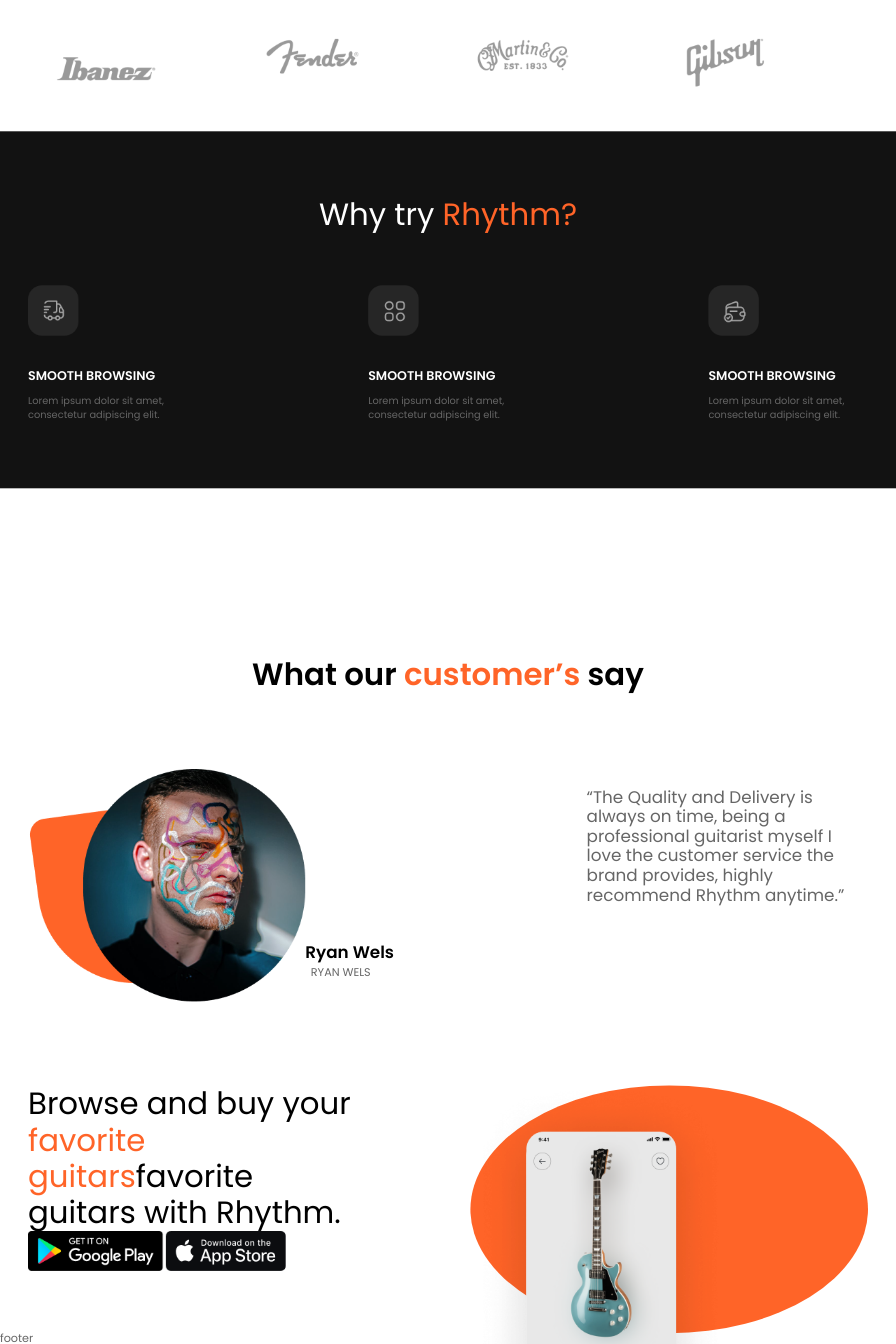
Repository: MorgunovaAlexandra/verstka-gitare-store
Page: index.html
The author's editor kept a copy of each file at every save. The page is drawn from the files as they stood at one save, then again after a run of saves.
The browser window is 1280 px wide. The pictures show the part of the page from y = 2622 to 4542 px (the page is 4542 px tall), at 70% of full size.

Above is the page before, as saved 2022-06-11 20:02:48.

### index.html
<!DOCTYPE html>
<html lang="en">
<head>
    <meta charset="UTF-8">
    <meta http-equiv="X-UA-Compatible" content="IE=edge">
    <meta name="viewport" content="width=device-width, initial-scale=1.0">
    <link rel="stylesheet" href="./style.css">
    <title>Document</title>
</head>
<body>
    <div class="wrapper">
        <header class="header">
            <div class="header__container _container">
                <a href="" class="header__logo">
                    <img src="./img/logo.svg" alt="">
                </a>
                <nav class="header__menu menu">
                    <ul class="menu__list">
                        <li class="menu__item">
                            <a href="" class="menu__link">Store</a>
                        </li>
                        <li class="menu__item">
                            <a href="" class="menu__link">Collections</a>
                        </li>
                        <li class="menu__item">
                            <a href="" class="menu__link">Support</a>
                        </li>
                    </ul>
                </nav>
            </div>
        </header>
        <main class="page">
            <section class="page__main main">
                <div class="main__container _container">
                    <div class="main__content">
                        <h1 class="main__title">Browse top quality <span>Guitars</span> online</h1>
                        <p class="main__text">Explore 50k+ latest collections of branded guitars online with Rhythm.</p>
                        <div class="main_actions actions-main">
                            <a href="" class="actions-main__button">Get the App</a>
                            <div class="actions-main__icon"><img src="./img/Group.png" alt="playMarket"></div>
                            <div class="actions-main__icon"><img src="./img/Apple logo.png" alt="apple"></div>
                        </div>
                    </div>
                    <div class="main_decor decor-main">
                        <div class="decor-main__image">
                            <img  src="./img/unsplash_H6j0Zsy91WY.png"alt="Main">
                        </div>
                    </div>
                </div>
            </section>
            <section class="page_store store">
               <div class="store_container _container">
                   <h2 class="store_title _title">
                    Check out the <span>Store</span>
                   </h2>
                   <div class="store__body body-store">
                       <div class="body-store__header">
                           <div class="body-store__title">NEW ON THE BOARD</div>
                           <a class="body-store__all">view all</a>
                       </div>
                       <div class="body-store__items">
                           <div class="body-store__item item">
                             <a href="" class="item__image">
                                 <img class="img-gitara" src="./img/1gitara.jpg" alt="gitare">
                             </a>
                             <div class="item__title">The Essential Les Paul</div>
                             <div class="item__price">$1,299.00</div>
                           </div>
                           <div class="body-store__item item">
                            <a href="" class="item__image">
                                <img  class="img-gitara" src="./img/2gitare.jpg" alt="gitare">
                            </a>
                            <div class="item__title">J-45 Standard</div>
                            <div class="item__price">$1,699.00</div>
                          </div>
                          <div class="body-store__item item">
                            <a href="" class="item__image">
                                <img  class="img-gitara" src="./img/3gitare.jpg" alt="gitare">
                            </a>
                            <div class="item__title">Hummingbird Standard</div>
                            <div class="item__price">$2,099.00</div>
                          </div>

                       </div>
                    <div class="body-store__header he">
                        <div class="body-store__title">TOP SELLING</div>
                        <a class="body-store__all">view all</a>
                    </div>
                       <div class="body-store__items">
                        <div class="body-store__item item">
                            <a href="" class="item__image">
                                <img class="img-gitara" src="./img/4gitare.jpg" alt="gitare">
                            </a>
                            <div class="item__title">Active Precision Bass® PH V</div>
                            <div class="item__price">$4,199.00</div>
                        </div>
                        <div class="body-store__item item">
                            <a href="" class="item__image">
                                <img class="img-gitara" src="./img/5gitare.jpg" alt="gitare">
                            </a>
                            <div class="item__title">Redondo Special</div>
                            <div class="item__price">$2,800.00</div>
                        </div>
                        <div class="body-store__item item">
                            <a href="" class="item__image">
                                <img class="img-gitara" src="./img/6gitare.jpg" alt="gitare">
                            </a>
                            <div class="item__title">Professional II Stratocaster®</div>
                            <div class="item__price">$3,199.00</div>
                        </div>
                      </div>
                   </div>
               </div>
            </section>
            <section class="page_categories categories">
              <div class="categories__container _container">
                <h2 class="categories__title _title">
                    Choose based on <span>Categories</span>
                </h2>
                <div class="categories__items">
                   <div class="categories__item item">

                       <img class="item__img" src="./img/categories/Rectangle 139.jpg">
                        <h2 class="item__titlee ">Acoustic</h2>
                   </div>
                   <div class="categories__item item">
                    <img class="item__img" src="./img/categories/Rectangle 140.jpg">
                     <h2 class="item__titlee">Acoustic</h2>
                </div>
                <div class="categories__item item">
                    <img class="item__img" src="./img/categories/Rectangle 141.jpg">
                     <h2 class="item__titlee">Acoustic</h2>
                </div>
                <div class="categories__item item">
                    <img class="item__img" src="./img/categories/Rectangle 142.jpg">
                     <h2 class="item__titlee">Acoustic</h2>
                </div>
                </div>
              </div>

            </section>
            <section class="page__brand brand">
                <div class="brand__container _container">
                    <h2 class="brand__title _title">Featuring the <span>Best Brands</span></h2>

                <div class="brand__items">
                   <div class="brand__item item">
                      <img src="./img/brand/Frame.jpg" alt="brand">
                   </div>
                  <div class="brand__item item">
                    <img src="./img/brand/Group.jpg" alt="brand">
                  </div>
                  <div class="brand__item item">
                    <img src="./img/brand/Group.png" alt="brand">
                  </div>
                  <div class="brand__item item">
                    <img src="./img/brand/Group — копия.png" alt="brand">
                  </div>
                  <div class="brand__item item">
                    <img src="./img/brand/image 3.png" alt="brand">
                  </div>
                  <div class="brand__item item">
                    <img src="./img/brand/image 4.png" alt="brand">
                  </div>
                  <div class="brand__item item">
                    <img src="./img/brand/image 6.png" alt="brand">
                  </div>
                  <div class="brand__item item">
                    <img src="./img/brand/image 8.png" alt="brand">
                  </div>
                </div>
                </div>
            </section>
            <section class="page__rhuthm rhuthm _black">
               <div class="rhuthm__container _container">
                   <div class="rhuthm__title _title">Why try<span> Rhythm?</span></div>
                   <div class="rthuthm__items">
                       <div class="rthuthm__item item">
                           <div class="img_rthuthm">
                            <img class="img-group" src="./img/vidget/group.png">
                            <img class="item__vidget-img" alt="vidget" src="./img/vidget/Rectangle 135.png">
                           </div>
                           <h2 class="item__title-vidget">Smooth Browsing</h2>
                           <div class="item__text-vidget">Lorem ipsum dolor sit amet, consectetur adipiscing elit.</div>
                       </div>
                       <div class="rthuthm__item item">
                        <div class="img_rthuthm">
                            <img class="img-group" src="./img/vidget/category-2.png">
                             <img class="item__vidget-img" alt="vidget" src="./img/vidget/Rectangle 136.png">
                        </div>
                        <h2 class="item__title-vidget">Smooth Browsing</h2>
                        <div class="item__text-vidget">Lorem ipsum dolor sit amet, consectetur adipiscing elit.</div>
                    </div>
                    <div class="rthuthm__item item">
                        <div class="img_rthuthm">
                            <img class="img-group" src="./img/vidget/empty-wallet-tick.png">
                             <img class="item__vidget-img" alt="vidget" src="./img/vidget/Rectangle 137.png">
                        </div>
                        <h2 class="item__title-vidget">Smooth Browsing</h2>
                        <div class="item__text-vidget">Lorem ipsum dolor sit amet, consectetur adipiscing elit.</div>
                    </div>
                   </div>
               </div>
            </section>
            <section class="page__castomers castomers">
                <div class="castomers__container _container">
                      <h2 class="castomers__title _title">What our <span>customer’s</span> say</h2>

                <div class="castomers__body ">

                        <img class="body__img" src="./img/castomers/Group 5203.png" alt="chel">

                    <div class="body__text">
                        <div class="body__text-text">“The Quality and Delivery is always on time, being a professional guitarist myself I love the customer service the brand provides, highly recommend Rhythm anytime.”</div>
                        <div class="body__name">Ryan Wels</div>
                        <div class="body__prof">Ryan Wels</div>
                    </div>
                </div>
            </div>
            </section>
            <section class="page__browse browse">
                 <div class="browse__container _container">
                    <div class="browse__block1">
                        <div class="browse__title _title">Browse and buy your <span>favorite guitars</span>favorite guitars with Rhythm.</div>
                        <img src="./img/browse/Mobile app store badge.png" alt="brows">
                        <img src="./img/browse/Mobile app store badge — копия.png" alt="brows">
                    </div>
                    <div class="browse__block2">
                        <img class="browse_img-1" src="./img/browse/guitar s1.png">
                        <img src="./img/browse/guitar s3.png">
                    </div>

                 </div>
            </section>
        </main>
        <footer class="footer">footer</footer>
    </div>

</body>
</html>

### style.css
@import url('https://fonts.googleapis.com/css2?family=Poppins:wght@400;500;600&display=swap');
*,*::before,*::after{
    margin: 0;
    padding: 0;
    box-sizing: border-box;
    border: none;
}
html,body{
    height: 100%;
    min-width: 320px;
}
body{
    line-height: 1;
    font-family: Poppins;
    font-size: 16px;
    color:#666666;
}
ul{}
li{
    list-style: none;
}
a{
    text-decoration: none;
    color:#666666;
    font-weight: 500;

}
/*-----------------------------------*/
._container{
    max-width: 1230px;
    margin: 0 auto;
    padding: 0px 15px;
}
._title{
    font-size: 44px;
    line-height: 52px;
    color:black
}
._title span{
    color:#FF6428
}
/*-----------------------------------*/
.wrapper{
    display: flex;
    flex-direction: column;
    min-height: 100%;
    overflow: hidden;
}

/*------------------header------------------*/
.header__container{
    display: flex;
    gap:131px;
    min-height: 152px;
    align-items: center;
}
.header__logo{

}
.menu__list{
    display: flex;
    gap:56px;
}
.menu__item{
padding: 5px;
background-color:rgba(255,255,255,0.5);
}
.header{
    position: absolute;
    top:0;
    left: 0;
    width: 100%;
    z-index: 20;
}
@media(max-width:1092px) {
    .header__container{
        gap:50px;
        min-height: 100px;
    }
    .menu__list{
        gap:40px;
    }
}
@media(max-width:768.98px){
    .header__container{
        min-height: 50px;
    }
}
@media(max-width:479.98px){
    .menu__list{
        gap:20px
    }
    .header__logo{
        width: 28px;
        overflow: hidden;
        flex: 0 0 28px
    }
    .header__container{
        gap:20px;
    }
    .menu{
        padding: 0;
    }
}
/*------------------main------------------*/
.page{
    flex:1 1 auto
}
.page__main {
}
.main {
    padding-bottom: 80px;
}
.main__container {
    display: flex;
}
._container {
}
.main__content {
    display: flex;
    flex-direction: column;
    justify-content: space-between;
    flex:1 1 50%;
    align-self: flex-end;
    padding-bottom: 60px;
    padding-top: 120px;
    padding-right: 20px;
}
.main__title {
    font-size: 3.5rem;
    line-height: 67px;
    color:black;
    margin-bottom: 16px;
}
.main__title span{
    color:#FF6428
}
.main__text {
    margin-bottom: 34px;
    font-size: 1.5rem;
}
.main_actions {
}
.actions-main {
    display: flex;
    gap: 40px;
    align-items: center;
}
.actions-main__button {
    background-color: #FF6428;
    color:white;
    padding: 18px 48px;
    border-radius: 40px;
    text-align: center;
    transition: all 0.3s ease 0s;
}
.actions-main__button:hover{
    background-color:#b03808
}
.actions-main__icon {
}
.main_decor {
    flex:1 1 50%
}
.decor-main {
}
.decor-main__image {
    margin-right: -135px;
    position: relative;


}
.decor-main__image img{
    max-width: 672px;
}
.decor-main__image::after{
    content: "";
    background: url("./img/Group\ 5189.png");
    width: 80px;
    height: 80px;
    position: absolute;
    right: 36%;
    bottom: 0;
    transform: translate(0,50%);
}
@media(max-width:1092px){
    .decor-main__image img{
        width: 100%;

    }
    .main__content {
        flex:0 0 60%;
        padding-bottom: 0;
    }
    .main_decor {
        flex:0 0 40%
    }
}
@media(max-width:767.97px){
    .main_decor {
        display: none;
    }
    .main__content {
        flex: 1 1 100%;
        padding-right: 0;
        padding-top: 80px;
    }
    .main__title {
        font-size: 44px;
    }
}
@media(max-width:497.98px){
    .actions-main__button {
        flex:1 1 100%;
    }
    .actions-main__icon {
        display: none;
    }
}
/*-----------SECTION2--------------*/
.store_title{
    text-align: center;
    margin-bottom: 92px;
}

.page_store {
}
.store {
    padding-top: 80px;
    padding-bottom: 90px;
}
.store_container {
}
._container {
}


.store__body {
}
.body-store {
}
.body-store__header {
    display: flex;
    justify-content: space-between;
    gap:15px;
    margin-bottom: 32px;
}
.body-store__title {
    font-size: 20px;
    line-height: 30px;
    color:black;
    font-weight: 600;
}
.body-store__all {
    font-weight: 500;
    font-size: 20px;
}
.body-store__items{
    display: flex;
    justify-content: space-between;
    flex-wrap: wrap;
    margin-bottom: 102px;
}
.item__title{
    font-size: 16px;
    font-weight: 500;
    color:#121212;
    line-height: 24px;
    margin-bottom: 7px;
}
.item__price{
    font-size: 14px;
    line-height: 21px;
    font-weight: 400;
}
.item__image{
    padding-bottom: 40px;

}
.img-gitara{
    max-width: 364px;
}
@media(max-width:767.97px){
    .he{
        display: none;
    }
    .item{
        max-width: 50%;
    }
    .img-gitara{
        width: 100%;
    }
}
@media(max-width:497.98px){
    .he{
        display: none;
    }
    .item{
        max-width: 90%;
    }
    .img-gitara{
        width: 100%;
    }
    .body-store__items{
        justify-content: center;
    }
    .body-store__items{
        margin-bottom: 0;
    }
    .store_title {
        margin-bottom: 10px;
    }
    .store {
        padding-top: 0px;
    }
    .body-store__title {
        font-size: 16px;
    }
    .main{
        padding-bottom: 18px;
    }
}


/*----------SECTION3----------------------*/
.categories__items{
    display: flex;
    justify-content: space-around;
    flex-wrap: wrap;
}
.categories__title{
    text-align: center;
    margin-bottom: 80px;
}
.categories__item{
    position: relative;
    padding: 10px;
}
.item__titlee{
    position: absolute;
    top:80%;
    left: 30px;
    color:white;
    font-weight: 600;
    font-size: 20px;
}
.page_categories{
    padding-bottom: 110px;
}
/*----------------------------SECTION BRAND------------*/
.page__brand{

}
.brand__title{
    text-align: center;
    margin-bottom: 96px;
}
.brand__items{
    display: flex;
    justify-content: space-between;
    flex-wrap: wrap;
}
.brand__item{
    width: 25%;
    padding: 40px;
}
@media(max-width:767.97px){
    .brand__item{
        width: 30%;
        padding: 20px;
}
}
@media(max-width:497.98px){
    .brand__item{
        width: 40%;
        padding: 7px;
    }
}
/*---------------------SECTION BLACK--------------------*/

._black{
    background-color: #121212;
}
.page__rhuthm{
    padding-bottom: 94px;
}
.rthuthm__items{
    display: flex;
    justify-content: space-between;
    flex-wrap: wrap;
}
.rhuthm__title{
    color:white;
    text-align: center;
    padding-top: 93px;
    padding-bottom: 75px;
}
.img_rthuthm{
    position: relative;
    margin-bottom: 40px;
}
.img-group{
    position: absolute;
    top:21px;
    left: 22px;
}
.item__title-vidget{
    color:white;
    font-weight: 600;
    font-size: 18px;
    text-transform: uppercase;
    line-height: 27px;
    margin-bottom: 12px;
}
.item__text-vidget{
    color:#666666;
    font-weight: 400;
    font-size: 14px;
    line-height: 21px;

}
.rthuthm__item{
    width: 19%;
}
@media(max-width:497.98px){
    .rthuthm__item{
        width: 80%;
    }
    .rthuthm__items{
        justify-content: center;
        align-items: center;
    }

    .img_rthuthm {
        margin-bottom: 0;
    }
    .item__text-vidget {
        margin-bottom: 15px;
    }
    .page__rhuthm{
        padding-bottom: 30px;
    }
}
/*---------------------SECTION-CASTOMERS---------*/
.page__castomers{
    padding-bottom: 120px;
}
.castomers__title{
    text-align: center;
    padding-top: 240px;
}
.castomers__body{
    display: flex;
    justify-content: space-around;
    align-items: center;
    margin-top: 109px;

}

.body__text-text{
    width: 50%;
    font-weight: 400;
    line-height: 28px;
    font-size: 24px;
    margin-bottom: 56px;
}
.body__img{
    width: 33%;
}
.body__text{
    display: flex;
    flex-direction: column;

align-items: flex-end;
}
.body__name{
    align-self: flex-start;
    font-weight: 600;
    font-size: 24px;
    color:#000000;
}
.body__prof{
    text-transform: uppercase;
    align-self: flex-start;
    padding: 8px;
}
@media(max-width:767.97px){
    .castomers__title {
        padding-top: 10px;
    }
    .body__img{
        width: 26%;
    }
    .body__text-text{
        margin-bottom: 30px;
    }
    .body__text-text{
        width: 90%;
    }
    .castomers__body{
        align-items: center;
    }
    .body__prof{
        display: none;
    }
    .body__name{
        display: none;
    }
    .page__castomers{
        padding-top: 20px;
    }
}
@media(max-width:497.98px){
    .castomers__body{
        margin-top: 10px;
    }
    .body__img{
        display: none;
    }
    .body__text-text{
        width: 97%;
    }

}
/*----------------SECTION------BREWSE----------*/
.browse__container{
    display: flex;
    justify-content: space-between;
}
.browse__block1{
    width: 40%;
}
.browse__block2{
width: 48%;
background-color: #FF6428;
width: 568px;
height: 354px;
border-radius: 70%;
position: relative;
}
.browse_img-1{
    position: absolute;
    top:-10px
}

After the next 3 saves:
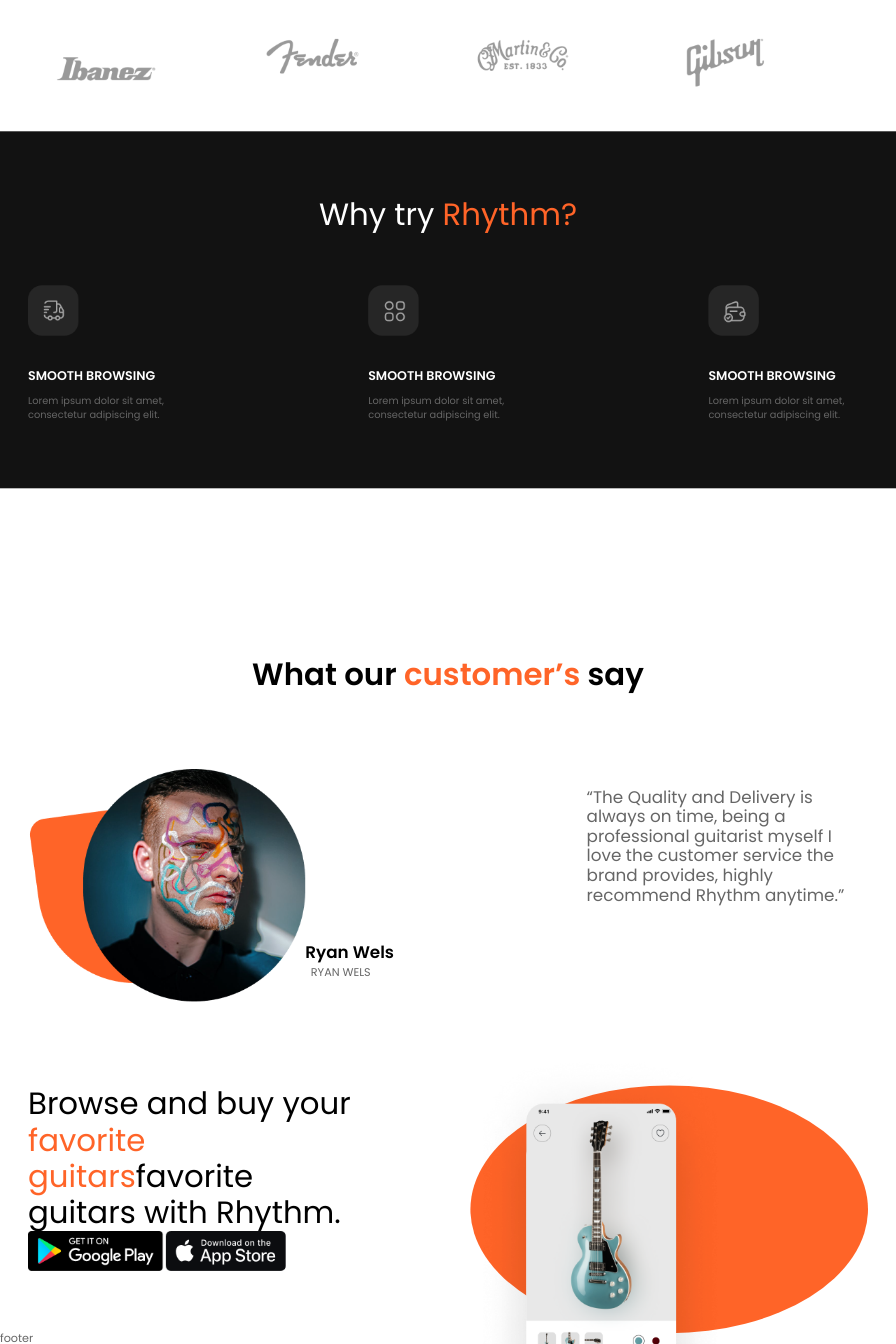
The 3 saves are shown as one change because they came seconds apart.
The last was saved 11 s later.
--- a/style.css
+++ b/style.css
@@ -540,5 +540,5 @@
 }
 .browse_img-1{
     position: absolute;
-    top:-10px
-}
+    top:-50px
+}
